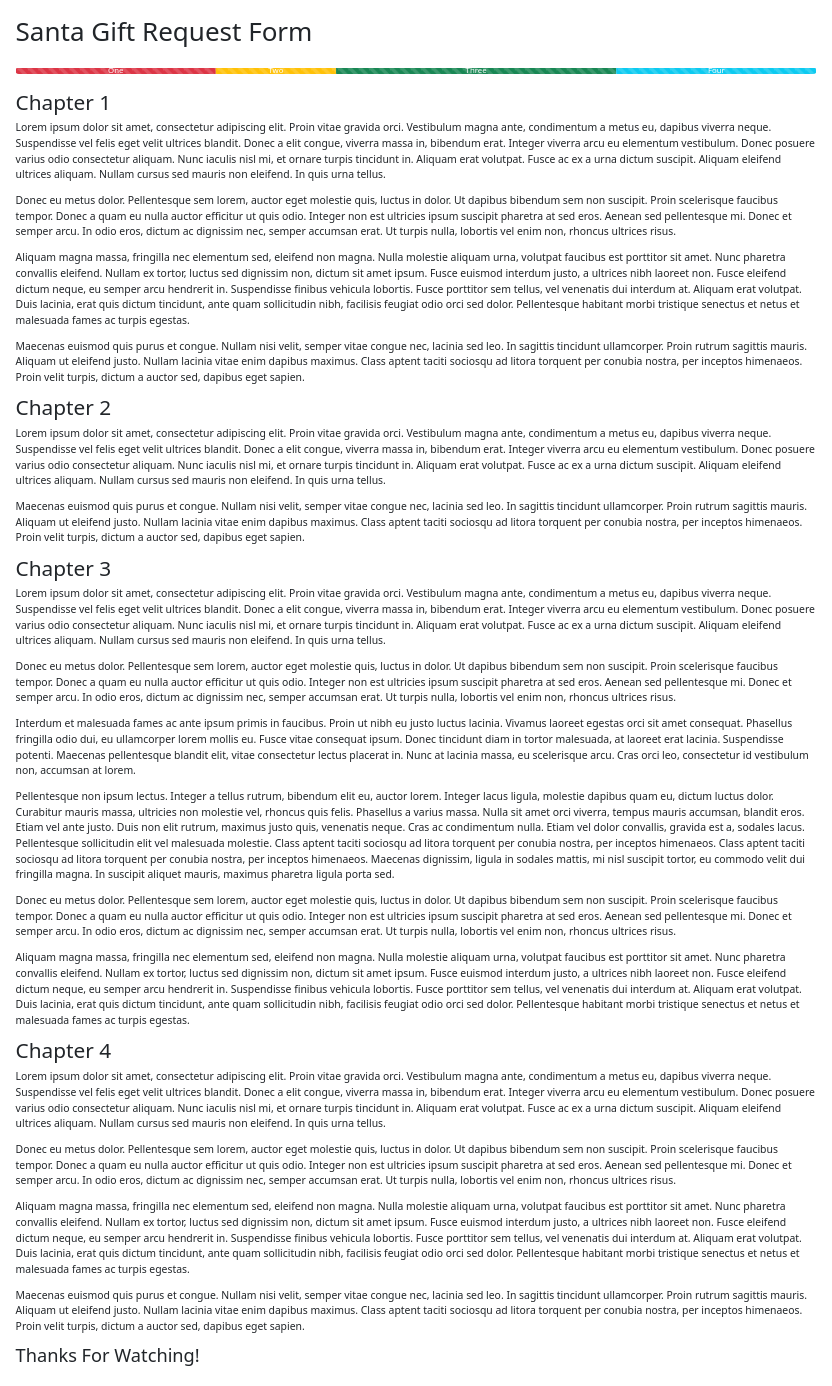
Repository: sarahlochhead/check-santas-list
Page: index.html
The author's editor kept a copy of each file at every save. The page is drawn from the files as they stood at one save, then again after the next save.
The browser window is 1280 px wide. The pictures show the whole page, at 65% of full size.

Above is the page before, as saved 2022-11-25 21:25:39.

### index.html
<!DOCTYPE html>
<html lang="en">
<head>
    <meta charset="utf-8">
    <meta name="viewport" content="width=device-width, initial-scale=1, shrink-to-fit=no">
    <title>Progress Bar | Bootstrap</title>
    <!-- The purpose of progress bars is to show something is loading, in progress, or action taking place with elements on the page. -->
    <!-- STEP 1: Link to Bootstrap CSS -->
    <link href="https://cdn.jsdelivr.net/npm/bootstrap@5.2.3/dist/css/bootstrap.min.css"  rel="stylesheet" integrity="sha384-rbsA2VBKQhggwzxH7pPCaAqO46MgnOM80zW1RWuH61DGLwZJEdK2Kadq2F9CUG65" crossorigin="anonymous">
</head>
<body class="m-4">
    <!-- STEP 3: Review the HTML for the page -->
    <main>
        <h1>Santa Gift Request Form</h1>

        <form>
            <label


        </form>
        <!-- STEP 4: Create a div and add .progress and some top and bottom margin -->
        <div class="progress mt-4 mb-4 sticky-top" style="height: 10px;">
            <!-- STEP 5: Create another div .progress-bar. Add the appropriate roles and aria attributes (b/c this is not the HTML5 semantic element <progress>)-->
            <div class="progress-bar bg-danger progress-bar-striped progress-bar-animated" role="progressbar" aria-label="Long Read Progress Bar" style="width:25%" aria-valuenow="25" aria-valuemin="0" aria-valuemax="100">One</div>
            <!-- STEP 6: Change the value of width property to 50% percentage and see what happens Note: The aria-valuenow should also be changed -->
            <!-- STEP 7: Add a label to the progress-bar adding text in the div -->
            <!-- STEP 8: Add a bootstrap background color to the progress-bar (bg-success bg-info bg-warning) -->
            <!-- STEP 9: Try adding a bootstrap class of .progress-bar-striped and .progress-bar-animated to the .progress-bar -->
            <!-- STEP 10: Create three more inner divs .progress bar and change the color and width. (copy/paste) -->
            <div class="progress-bar bg-warning progress-bar-striped progress-bar-animated" role="progressbar" aria-label="Long Read Progress Bar" style="width:15%" aria-valuenow="15" aria-valuemin="0" aria-valuemax="100">Two</div>
            <div class="progress-bar bg-success progress-bar-striped progress-bar-animated" role="progressbar" aria-label="Long Read Progress Bar" style="width:35%" aria-valuenow="35" aria-valuemin="0" aria-valuemax="100">Three</div>
            <div class="progress-bar bg-info progress-bar-striped progress-bar-animated" role="progressbar" aria-label="Long Read Progress Bar" style="width:25%" aria-valuenow="25" aria-valuemin="0" aria-valuemax="100">Four</div>
            <!-- STEP 11: Set a height on the div.progress -->
            <!-- STEP 12: give the the div.progress a position class .sticky-top -->
        </div> <!-- .progress -->
        <section id="chapter1">
            <h2>Chapter 1</h2>
            <p>
                Lorem ipsum dolor sit amet, consectetur adipiscing elit. Proin vitae gravida orci. Vestibulum magna
                ante, condimentum a metus eu, dapibus viverra neque. Suspendisse vel felis eget velit ultrices blandit.
                Donec a elit congue, viverra massa in, bibendum erat. Integer viverra arcu eu elementum vestibulum.
                Donec posuere varius odio consectetur aliquam. Nunc iaculis nisl mi, et ornare turpis tincidunt in.
                Aliquam erat volutpat. Fusce ac ex a urna dictum suscipit. Aliquam eleifend ultrices aliquam. Nullam
                cursus sed mauris non eleifend. In quis urna tellus.
            </p>
            <p>
                Donec eu metus dolor. Pellentesque sem lorem, auctor eget molestie quis, luctus in dolor. Ut dapibus
                bibendum sem non suscipit. Proin scelerisque faucibus tempor. Donec a quam eu nulla auctor efficitur ut
                quis odio. Integer non est ultricies ipsum suscipit pharetra at sed eros. Aenean sed pellentesque mi.
                Donec et semper arcu. In odio eros, dictum ac dignissim nec, semper accumsan erat. Ut turpis nulla,
                lobortis vel enim non, rhoncus ultrices risus.
            </p>
            <p>
                Aliquam magna massa, fringilla nec elementum sed, eleifend non magna. Nulla molestie aliquam urna,
                volutpat faucibus est porttitor sit amet. Nunc pharetra convallis eleifend. Nullam ex tortor, luctus sed
                dignissim non, dictum sit amet ipsum. Fusce euismod interdum justo, a ultrices nibh laoreet non. Fusce
                eleifend dictum neque, eu semper arcu hendrerit in. Suspendisse finibus vehicula lobortis. Fusce
                porttitor sem tellus, vel venenatis dui interdum at. Aliquam erat volutpat. Duis lacinia, erat quis
                dictum tincidunt, ante quam sollicitudin nibh, facilisis feugiat odio orci sed dolor. Pellentesque
                habitant morbi tristique senectus et netus et malesuada fames ac turpis egestas.
            </p>
            <p>
                Maecenas euismod quis purus et congue. Nullam nisi velit, semper vitae congue nec, lacinia sed leo. In
                sagittis tincidunt ullamcorper. Proin rutrum sagittis mauris. Aliquam ut eleifend justo. Nullam lacinia
                vitae enim dapibus maximus. Class aptent taciti sociosqu ad litora torquent per conubia nostra, per
                inceptos himenaeos. Proin velit turpis, dictum a auctor sed, dapibus eget sapien.
            </p>
        </section>
        <section id="chapter2">
            <h2>Chapter 2</h2>
            <p>
                Lorem ipsum dolor sit amet, consectetur adipiscing elit. Proin vitae gravida orci. Vestibulum magna
                ante, condimentum a metus eu, dapibus viverra neque. Suspendisse vel felis eget velit ultrices blandit.
                Donec a elit congue, viverra massa in, bibendum erat. Integer viverra arcu eu elementum vestibulum.
                Donec posuere varius odio consectetur aliquam. Nunc iaculis nisl mi, et ornare turpis tincidunt in.
                Aliquam erat volutpat. Fusce ac ex a urna dictum suscipit. Aliquam eleifend ultrices aliquam. Nullam
                cursus sed mauris non eleifend. In quis urna tellus.
            </p>
            <p>
                Maecenas euismod quis purus et congue. Nullam nisi velit, semper vitae congue nec, lacinia sed leo. In
                sagittis tincidunt ullamcorper. Proin rutrum sagittis mauris. Aliquam ut eleifend justo. Nullam lacinia
                vitae enim dapibus maximus. Class aptent taciti sociosqu ad litora torquent per conubia nostra, per
                inceptos himenaeos. Proin velit turpis, dictum a auctor sed, dapibus eget sapien.
            </p>
        </section>
        <section id="chapter3">
            <h2>Chapter 3</h2>
            <p>
                Lorem ipsum dolor sit amet, consectetur adipiscing elit. Proin vitae gravida orci. Vestibulum magna
                ante, condimentum a metus eu, dapibus viverra neque. Suspendisse vel felis eget velit ultrices blandit.
                Donec a elit congue, viverra massa in, bibendum erat. Integer viverra arcu eu elementum vestibulum.
                Donec posuere varius odio consectetur aliquam. Nunc iaculis nisl mi, et ornare turpis tincidunt in.
                Aliquam erat volutpat. Fusce ac ex a urna dictum suscipit. Aliquam eleifend ultrices aliquam. Nullam
                cursus sed mauris non eleifend. In quis urna tellus.
            </p>
            <p>
                Donec eu metus dolor. Pellentesque sem lorem, auctor eget molestie quis, luctus in dolor. Ut dapibus
                bibendum sem non suscipit. Proin scelerisque faucibus tempor. Donec a quam eu nulla auctor efficitur ut
                quis odio. Integer non est ultricies ipsum suscipit pharetra at sed eros. Aenean sed pellentesque mi.
                Donec et semper arcu. In odio eros, dictum ac dignissim nec, semper accumsan erat. Ut turpis nulla,
                lobortis vel enim non, rhoncus ultrices risus.
            </p>
            <p>
                Interdum et malesuada fames ac ante ipsum primis in faucibus. Proin ut nibh eu justo luctus lacinia. Vivamus laoreet egestas orci sit amet consequat. Phasellus fringilla odio dui, eu ullamcorper lorem mollis eu. Fusce vitae consequat ipsum. Donec tincidunt diam in tortor malesuada, at laoreet erat lacinia. Suspendisse potenti. Maecenas pellentesque blandit elit, vitae consectetur lectus placerat in. Nunc at lacinia massa, eu scelerisque arcu. Cras orci leo, consectetur id vestibulum non, accumsan at lorem.
            </p>
            <p>
                Pellentesque non ipsum lectus. Integer a tellus rutrum, bibendum elit eu, auctor lorem. Integer lacus ligula, molestie dapibus quam eu, dictum luctus dolor. Curabitur mauris massa, ultricies non molestie vel, rhoncus quis felis. Phasellus a varius massa. Nulla sit amet orci viverra, tempus mauris accumsan, blandit eros. Etiam vel ante justo. Duis non elit rutrum, maximus justo quis, venenatis neque. Cras ac condimentum nulla. Etiam vel dolor convallis, gravida est a, sodales lacus. Pellentesque sollicitudin elit vel malesuada molestie. Class aptent taciti sociosqu ad litora torquent per conubia nostra, per inceptos himenaeos. Class aptent taciti sociosqu ad litora torquent per conubia nostra, per inceptos himenaeos. Maecenas dignissim, ligula in sodales mattis, mi nisl suscipit tortor, eu commodo velit dui fringilla magna. In suscipit aliquet mauris, maximus pharetra ligula porta sed.
            </p>
            <p>
                Donec eu metus dolor. Pellentesque sem lorem, auctor eget molestie quis, luctus in dolor. Ut dapibus
                bibendum sem non suscipit. Proin scelerisque faucibus tempor. Donec a quam eu nulla auctor efficitur ut
                quis odio. Integer non est ultricies ipsum suscipit pharetra at sed eros. Aenean sed pellentesque mi.
                Donec et semper arcu. In odio eros, dictum ac dignissim nec, semper accumsan erat. Ut turpis nulla,
                lobortis vel enim non, rhoncus ultrices risus.
            </p>
            <p>
                Aliquam magna massa, fringilla nec elementum sed, eleifend non magna. Nulla molestie aliquam urna,
                volutpat faucibus est porttitor sit amet. Nunc pharetra convallis eleifend. Nullam ex tortor, luctus sed
                dignissim non, dictum sit amet ipsum. Fusce euismod interdum justo, a ultrices nibh laoreet non. Fusce
                eleifend dictum neque, eu semper arcu hendrerit in. Suspendisse finibus vehicula lobortis. Fusce
                porttitor sem tellus, vel venenatis dui interdum at. Aliquam erat volutpat. Duis lacinia, erat quis
                dictum tincidunt, ante quam sollicitudin nibh, facilisis feugiat odio orci sed dolor. Pellentesque
                habitant morbi tristique senectus et netus et malesuada fames ac turpis egestas.
            </p>
        </section>
        <section id="chapter4">
            <h2>Chapter 4</h2>
            <p>
                Lorem ipsum dolor sit amet, consectetur adipiscing elit. Proin vitae gravida orci. Vestibulum magna
                ante, condimentum a metus eu, dapibus viverra neque. Suspendisse vel felis eget velit ultrices blandit.
                Donec a elit congue, viverra massa in, bibendum erat. Integer viverra arcu eu elementum vestibulum.
                Donec posuere varius odio consectetur aliquam. Nunc iaculis nisl mi, et ornare turpis tincidunt in.
                Aliquam erat volutpat. Fusce ac ex a urna dictum suscipit. Aliquam eleifend ultrices aliquam. Nullam
                cursus sed mauris non eleifend. In quis urna tellus.
            </p>
            <p>
                Donec eu metus dolor. Pellentesque sem lorem, auctor eget molestie quis, luctus in dolor. Ut dapibus
                bibendum sem non suscipit. Proin scelerisque faucibus tempor. Donec a quam eu nulla auctor efficitur ut
                quis odio. Integer non est ultricies ipsum suscipit pharetra at sed eros. Aenean sed pellentesque mi.
                Donec et semper arcu. In odio eros, dictum ac dignissim nec, semper accumsan erat. Ut turpis nulla,
                lobortis vel enim non, rhoncus ultrices risus.
            </p>
            <p>
                Aliquam magna massa, fringilla nec elementum sed, eleifend non magna. Nulla molestie aliquam urna,
                volutpat faucibus est porttitor sit amet. Nunc pharetra convallis eleifend. Nullam ex tortor, luctus sed
                dignissim non, dictum sit amet ipsum. Fusce euismod interdum justo, a ultrices nibh laoreet non. Fusce
                eleifend dictum neque, eu semper arcu hendrerit in. Suspendisse finibus vehicula lobortis. Fusce
                porttitor sem tellus, vel venenatis dui interdum at. Aliquam erat volutpat. Duis lacinia, erat quis
                dictum tincidunt, ante quam sollicitudin nibh, facilisis feugiat odio orci sed dolor. Pellentesque
                habitant morbi tristique senectus et netus et malesuada fames ac turpis egestas.
            </p>
            <p>
                Maecenas euismod quis purus et congue. Nullam nisi velit, semper vitae congue nec, lacinia sed leo. In
                sagittis tincidunt ullamcorper. Proin rutrum sagittis mauris. Aliquam ut eleifend justo. Nullam lacinia
                vitae enim dapibus maximus. Class aptent taciti sociosqu ad litora torquent per conubia nostra, per
                inceptos himenaeos. Proin velit turpis, dictum a auctor sed, dapibus eget sapien.
            </p>
        </section>
        <footer id="end">
            <h3>Thanks For Watching!</h3>
        </footer>
    </main>
    <!-- STEP 2: Link to Bootstrap JS -->
    <script src="https://cdn.jsdelivr.net/npm/bootstrap@5.2.3/dist/js/bootstrap.bundle.min.js"></script>
</body>
</html>

After the next save:
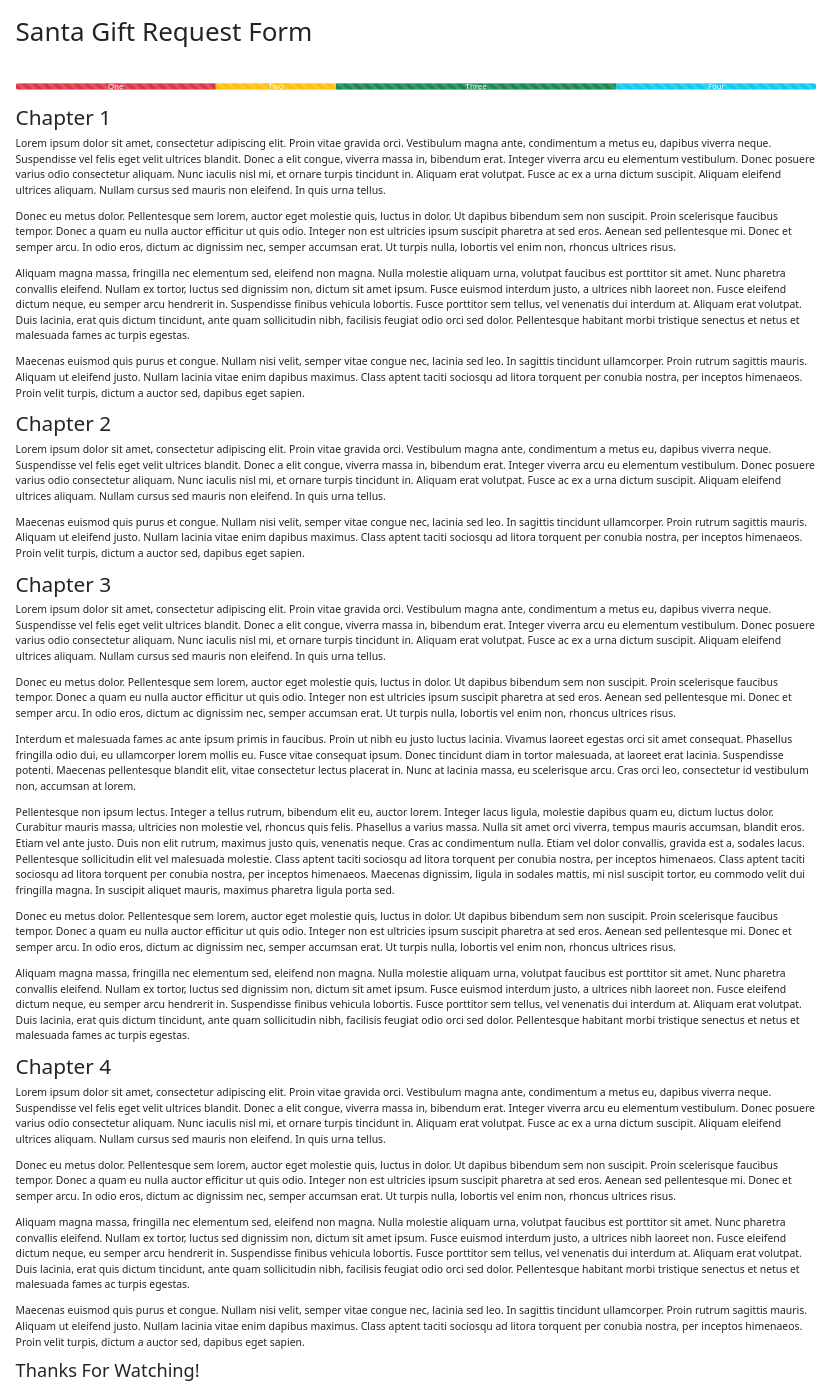
Saved 10 s later.
--- a/index.html
+++ b/index.html
@@ -14,7 +14,7 @@
         <h1>Santa Gift Request Form</h1>
 
         <form>
-            <label
+            <label></label>
 
 
         </form>

After the 2 saves that followed:
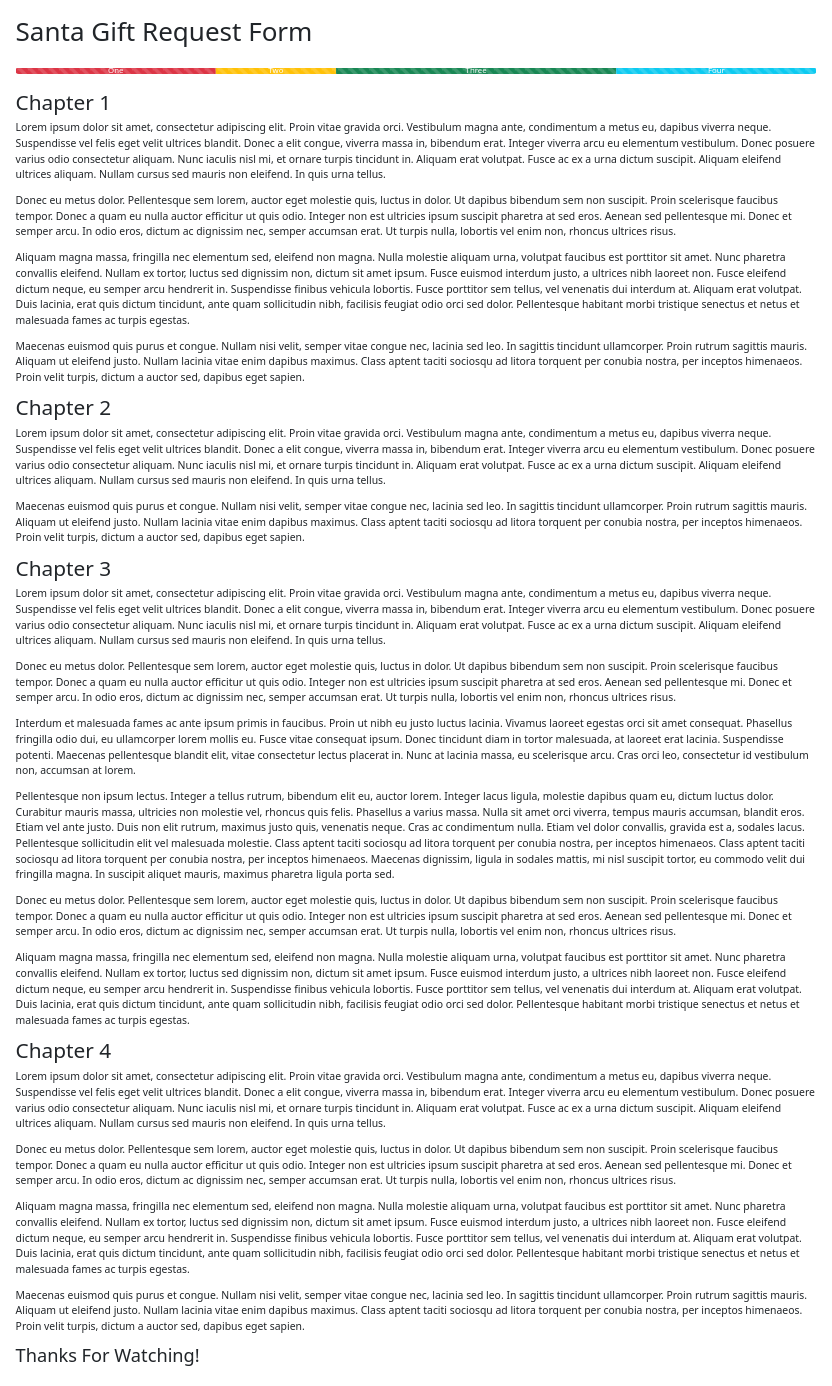
The 2 saves are shown as one change because they came seconds apart.
The last was saved 19 s later.
--- a/index.html
+++ b/index.html
@@ -14,7 +14,7 @@
         <h1>Santa Gift Request Form</h1>
 
         <form>
-            <label></label>
+            <label for="name"</label>
 
 
         </form>
